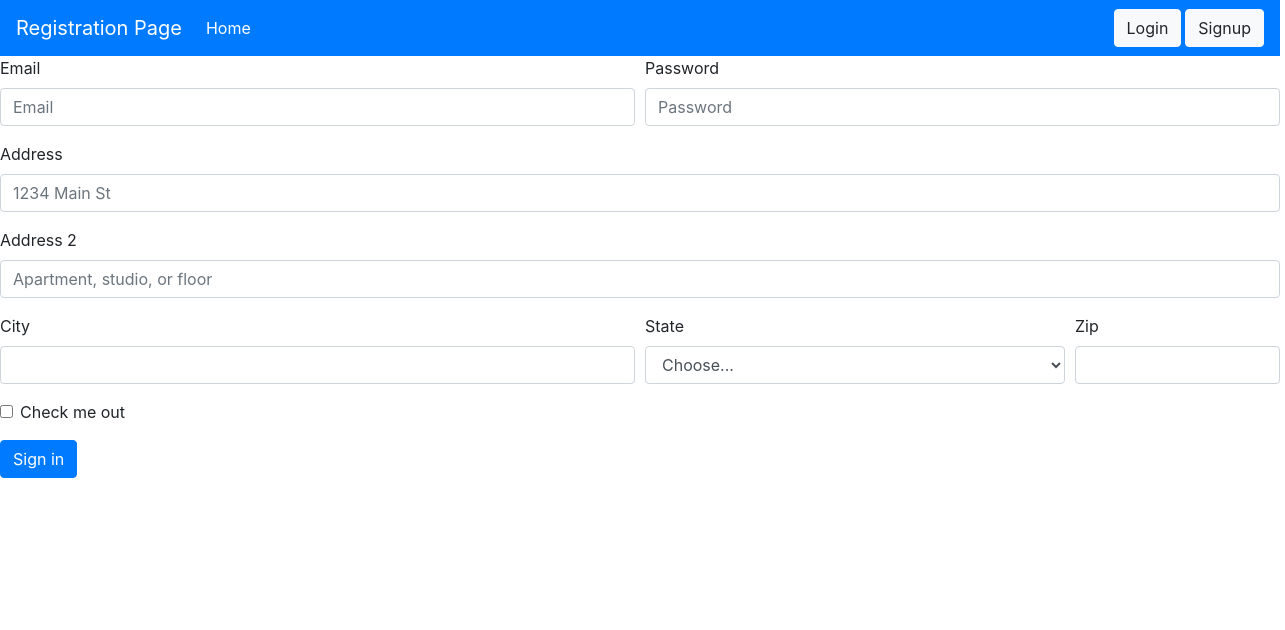
Repository: Rishavewfwef/spring-boot-application
Page: http://localhost/index
The author's editor kept a copy of each file at every save. The page is drawn from the files as they stood at one save, then again after the next save.
The browser window is 1280 px wide. The page is 1285 px wide, then 1280 px, so the pictures cover 1285 px, including what lies to the right of the window. The pictures show the whole page.
Some web libraries are served in a nearby version. The page is this project's Thymeleaf template; nobody is signed in. The template is opened directly, without the code that normally fills it, so the values that code supplies are empty.

Above is the page before, as saved 2023-05-16 19:10:48.

### SBT-Registration-App/src/main/resources/templates/index.html
<!doctype html>
<html lang="en">
  <head>
    <!-- Required meta tags -->
    <meta charset="utf-8">
    <meta name="viewport" content="width=device-width, initial-scale=1, shrink-to-fit=no">

    <!-- Bootstrap CSS -->
    <link rel="stylesheet" href="https://cdn.jsdelivr.net/npm/bootstrap@4.0.0/dist/css/bootstrap.min.css" integrity="sha384-Gn5384xqQ1aoWXA+058RXPxPg6fy4IWvTNh0E263XmFcJlSAwiGgFAW/dAiS6JXm" crossorigin="anonymous">

    <title>Registration Page</title>
  </head>
  <body>
    <!-- Navbar -->
    <nav class="navbar navbar-expand-lg navbar-dark bg-primary">
  <a class="navbar-brand" href="#">Registration Page </a>
  <button class="navbar-toggler" type="button" data-toggle="collapse" data-target="#navbarSupportedContent" aria-controls="navbarSupportedContent" aria-expanded="false" aria-label="Toggle navigation">
    <span class="navbar-toggler-icon"></span>
  </button>

  <div class="collapse navbar-collapse" id="navbarSupportedContent">
    <ul class="navbar-nav mr-auto">
      <li class="nav-item active">
        <a class="nav-link" href="#">Home <span class="sr-only">(current)</span></a>
      </li>
    </ul>
    <form class="form-inline my-2 my-lg-0">

      <a class="btn btn-light my-2 my-sm-0  mr-1" type="submit">Login</a>
      <a class="btn btn-light my-2 my-sm-0" type="submit">Signup</a>
    </form>
  </div>
</nav>

    <!-- End Nav bar -->

    <form>
  <div class="form-row">
    <div class="form-group col-md-6">
      <label for="inputEmail4">Email</label>
      <input type="email" class="form-control" id="inputEmail4" placeholder="Email">
    </div>
    <div class="form-group col-md-6">
      <label for="inputPassword4">Password</label>
      <input type="password" class="form-control" id="inputPassword4" placeholder="Password">
    </div>
  </div>
  <div class="form-group">
    <label for="inputAddress">Address</label>
    <input type="text" class="form-control" id="inputAddress" placeholder="1234 Main St">
  </div>
  <div class="form-group">
    <label for="inputAddress2">Address 2</label>
    <input type="text" class="form-control" id="inputAddress2" placeholder="Apartment, studio, or floor">
  </div>
  <div class="form-row">
    <div class="form-group col-md-6">
      <label for="inputCity">City</label>
      <input type="text" class="form-control" id="inputCity">
    </div>
    <div class="form-group col-md-4">
      <label for="inputState">State</label>
      <select id="inputState" class="form-control">
        <option selected>Choose...</option>
        <option>...</option>
      </select>
    </div>
    <div class="form-group col-md-2">
      <label for="inputZip">Zip</label>
      <input type="text" class="form-control" id="inputZip">
    </div>
  </div>
  <div class="form-group">
    <div class="form-check">
      <input class="form-check-input" type="checkbox" id="gridCheck">
      <label class="form-check-label" for="gridCheck">
        Check me out
      </label>
    </div>
  </div>
  <button type="submit" class="btn btn-primary">Sign in</button>
</form>

    <!-- Optional JavaScript -->
    <!-- jQuery first, then Popper.js, then Bootstrap JS -->
    <script src="https://code.jquery.com/jquery-3.2.1.slim.min.js" integrity="sha384-KJ3o2DKtIkvYIK3UENzmM7KCkRr/rE9/Qpg6aAZGJwFDMVNA/GpGFF93hXpG5KkN" crossorigin="anonymous"></script>
    <script src="https://cdn.jsdelivr.net/npm/popper.js@1.12.9/dist/umd/popper.min.js" integrity="sha384-ApNbgh9B+Y1QKtv3Rn7W3mgPxhU9K/ScQsAP7hUibX39j7fakFPskvXusvfa0b4Q" crossorigin="anonymous"></script>
    <script src="https://cdn.jsdelivr.net/npm/bootstrap@4.0.0/dist/js/bootstrap.min.js" integrity="sha384-JZR6Spejh4U02d8jOt6vLEHfe/JQGiRRSQQxSfFWpi1MquVdAyjUar5+76PVCmYl" crossorigin="anonymous"></script>
  </body>
</html>

After the next save:
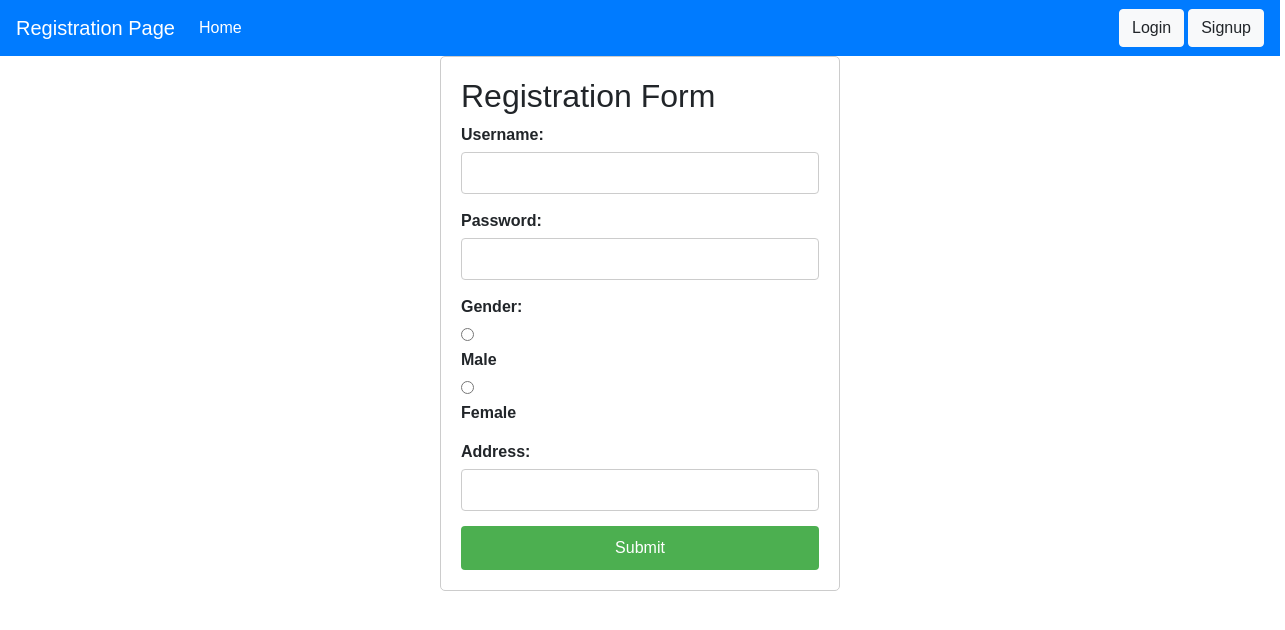
Saved 6 min 34 s later.
--- a/SBT-Registration-App/src/main/resources/templates/index.html
+++ b/SBT-Registration-App/src/main/resources/templates/index.html
@@ -34,52 +34,86 @@
 
     <!-- End Nav bar -->
 
+    <!DOCTYPE html>
+<html lang="en">
+<head>
+  <meta charset="UTF-8">
+  <meta name="viewport" content="width=device-width, initial-scale=1.0">
+  <title>Registration Page</title>
+  <style>
+    body {
+      font-family: Arial, sans-serif;
+    }
+    .container {
+      max-width: 400px;
+      margin: 0 auto;
+      padding: 20px;
+      border: 1px solid #ccc;
+      border-radius: 5px;
+    }
+    .form-group {
+      margin-bottom: 15px;
+    }
+    .form-group label {
+      display: block;
+      margin-bottom: 5px;
+      font-weight: bold;
+    }
+    .form-group input[type="text"],
+    .form-group input[type="password"],
+    .form-group select {
+      width: 100%;
+      padding: 8px;
+      border: 1px solid #ccc;
+      border-radius: 4px;
+      box-sizing: border-box;
+    }
+    .form-group input[type="radio"] {
+      margin-right: 5px;
+    }
+    .submit-btn {
+      width: 100%;
+      padding: 10px;
+      background-color: #4CAF50;
+      color: #fff;
+      border: none;
+      border-radius: 4px;
+      cursor: pointer;
+    }
+    .submit-btn:hover {
+      background-color: #45a049;
+    }
+  </style>
+</head>
+<body>
+  <div class="container">
+    <h2>Registration Form</h2>
     <form>
-  <div class="form-row">
-    <div class="form-group col-md-6">
-      <label for="inputEmail4">Email</label>
-      <input type="email" class="form-control" id="inputEmail4" placeholder="Email">
-    </div>
-    <div class="form-group col-md-6">
-      <label for="inputPassword4">Password</label>
-      <input type="password" class="form-control" id="inputPassword4" placeholder="Password">
-    </div>
+      <div class="form-group">
+        <label for="username">Username:</label>
+        <input type="text" id="username" name="username" required>
+      </div>
+      <div class="form-group">
+        <label for="password">Password:</label>
+        <input type="password" id="password" name="password" required>
+      </div>
+      <div class="form-group">
+        <label>Gender:</label>
+        <input type="radio" id="male" name="gender" value="male" required>
+        <label for="male">Male</label>
+        <input type="radio" id="female" name="gender" value="female" required>
+        <label for="female">Female</label>
+      </div>
+      <div class="form-group">
+        <label for="address">Address:</label>
+        <input type="text" id="address" name="address" required>
+      </div>
+      <button type="submit" class="submit-btn">Submit</button>
+    </form>
   </div>
-  <div class="form-group">
-    <label for="inputAddress">Address</label>
-    <input type="text" class="form-control" id="inputAddress" placeholder="1234 Main St">
-  </div>
-  <div class="form-group">
-    <label for="inputAddress2">Address 2</label>
-    <input type="text" class="form-control" id="inputAddress2" placeholder="Apartment, studio, or floor">
-  </div>
-  <div class="form-row">
-    <div class="form-group col-md-6">
-      <label for="inputCity">City</label>
-      <input type="text" class="form-control" id="inputCity">
-    </div>
-    <div class="form-group col-md-4">
-      <label for="inputState">State</label>
-      <select id="inputState" class="form-control">
-        <option selected>Choose...</option>
-        <option>...</option>
-      </select>
-    </div>
-    <div class="form-group col-md-2">
-      <label for="inputZip">Zip</label>
-      <input type="text" class="form-control" id="inputZip">
-    </div>
-  </div>
-  <div class="form-group">
-    <div class="form-check">
-      <input class="form-check-input" type="checkbox" id="gridCheck">
-      <label class="form-check-label" for="gridCheck">
-        Check me out
-      </label>
-    </div>
-  </div>
-  <button type="submit" class="btn btn-primary">Sign in</button>
-</form>
+</body>
+</html>
+
 
     <!-- Optional JavaScript -->
     <!-- jQuery first, then Popper.js, then Bootstrap JS -->
